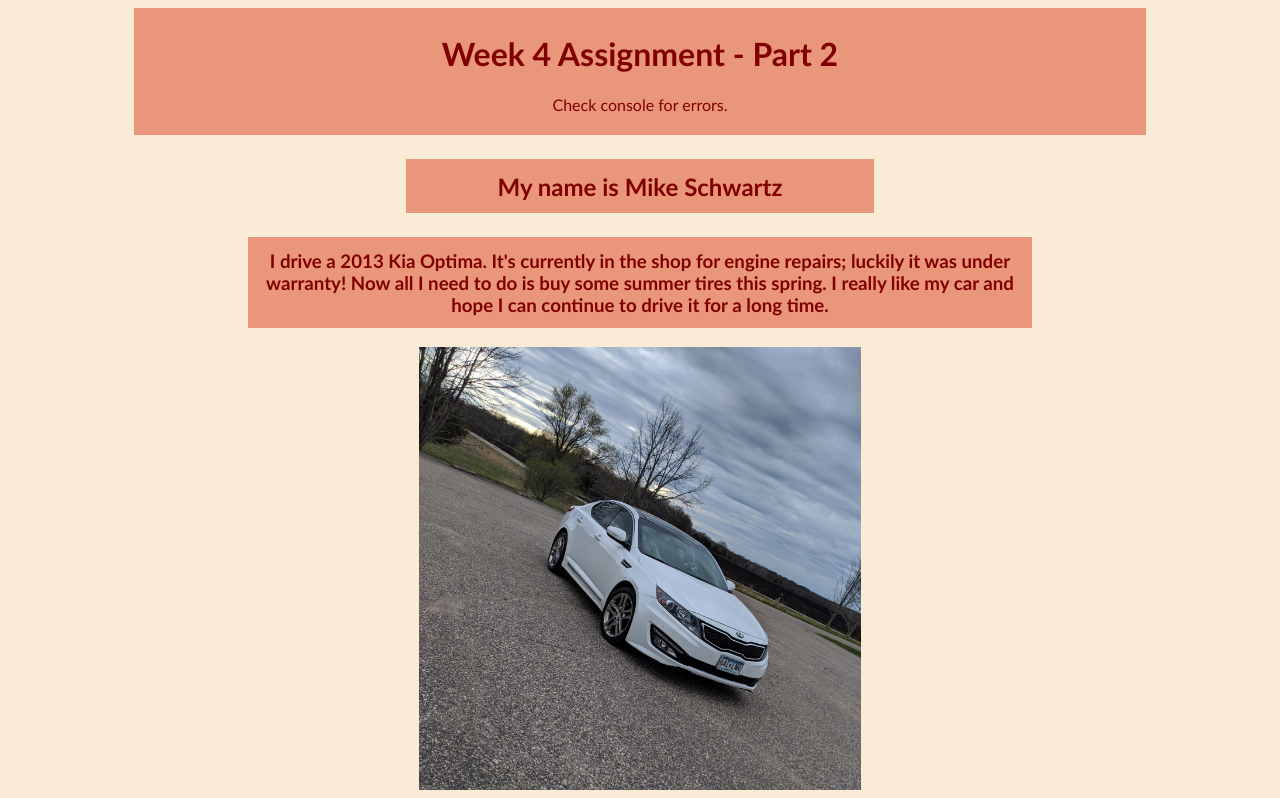
Repository: Ellusionism/prime-pw-week-4-assignment-part-2
Page: assignment/index.html
These files come from the project's save history. The page is drawn as it stood at one moment and after the next save; the edit follows.
The browser window is 1280 px wide. The pictures show the whole page.

Above is the page before, as saved 2022-11-16 18:23:39.

### assignment/index.html
<!DOCTYPE html>
<meta name="viewport" content="width=device-width">
<html lang="en-US">
  <head>
    <meta charset="utf-8">
    <title>Week 4 Assignment</title>
    <link rel="stylesheet" href="stylesheet.css">
  </head>

  <body>
    <header class="homepageHeader">
      <h1>Week 4 Assignment - Part 2</h1>
      <p>Check console for errors.</p>
  </header>

  <div>
    <h2 class="info nameInfo"> My name is Mike Schwartz </h2>
  </div>

  <h3 class="info carInfo">I drive a 2013 Kia Optima. It's currently in the shop for engine repairs; luckily it was under warranty! Now all I need to do is buy some summer tires this spring. I really like my car and hope I can continue to drive it for a long time.</h3>

  <img class="carpic" src="carpic.jpeg" alt="White 2013 Kia Optima" />
  </body>
</html>

### assignment/stylesheet.css
body {
 font-family:'Trebuchet MS', 'Lucida Sans Unicode', 'Lucida Grande', 'Lucida Sans', Arial, sans-serif;
 background-color:antiquewhite;
}

.carpic {
 width: 35%;
 display: block;
 margin: auto;
}

.homepageHeader {
 background-color:darksalmon;
 text-align: center;
 width: 80%;
 display: block;
 margin: auto;
 padding:  5px 0;
 color: maroon;
}

.info {
 background-color:darksalmon;
 text-align: center;
 padding: 1%;
 display: block;
 margin: 1em auto;
 color: maroon;
}

.nameInfo {
 width: 35%;
}

.carInfo {
 width: 60%;
}

After the next save:
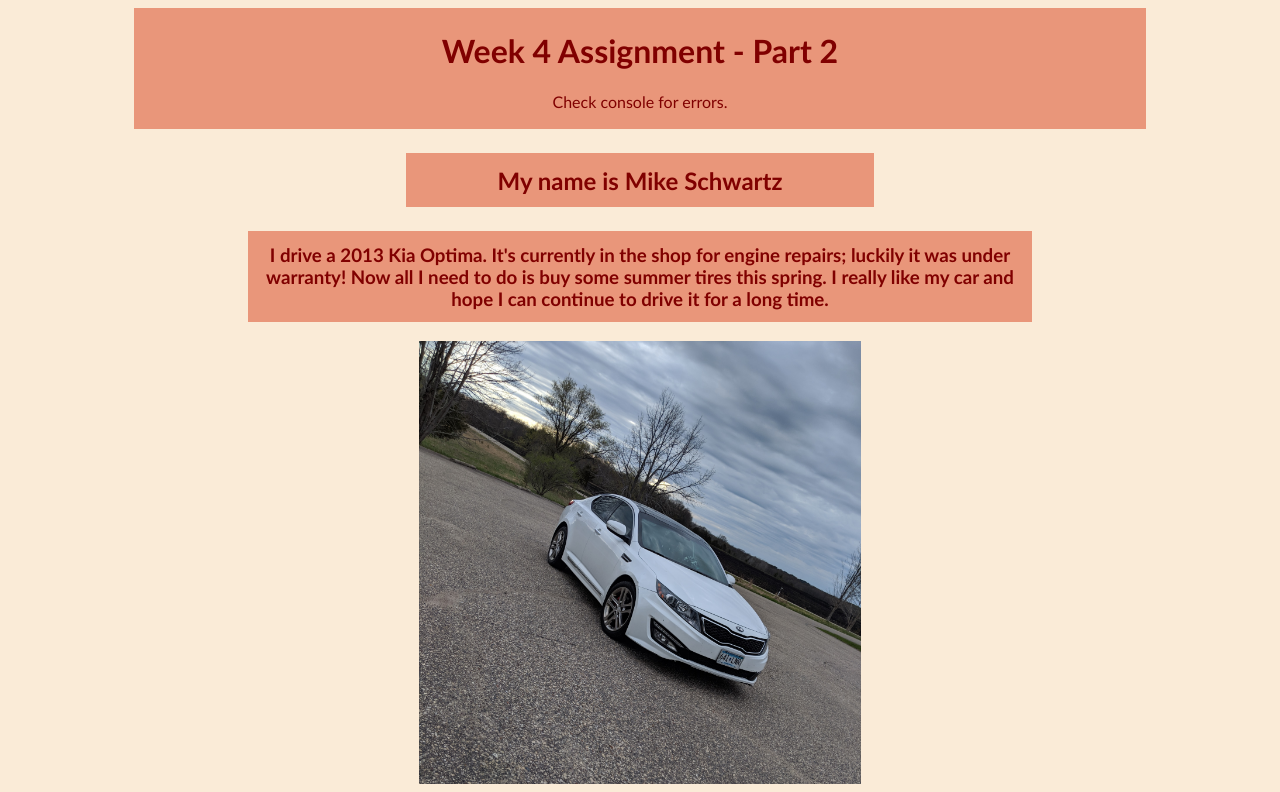
Saved 6 s later.
--- a/assignment/stylesheet.css
+++ b/assignment/stylesheet.css
@@ -15,7 +15,7 @@
  width: 80%;
  display: block;
  margin: auto;
- padding:  5px 0;
+ padding:  2px 0;
  color: maroon;
 }
 
